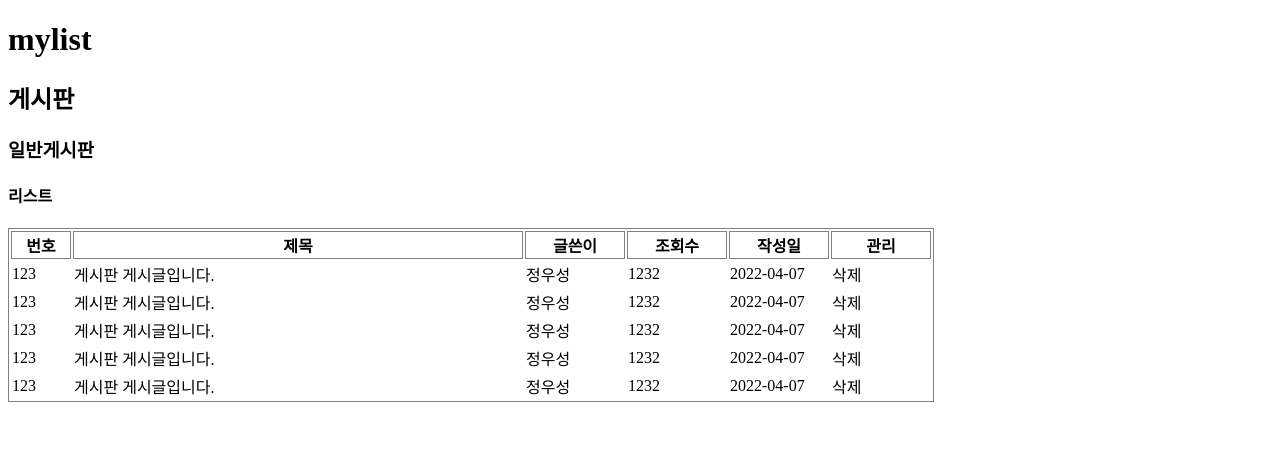
Repository: jeemaru/htme_01
Page: css_02/ex_04.html
The author's editor kept a copy of each file at every save. The page is drawn from the files as they stood at one save, then again after the next save.
The browser window is 1280 px wide. The pictures show the whole page.

Above is the page before, as saved 2022-04-07 03:14:15.

After the next save:
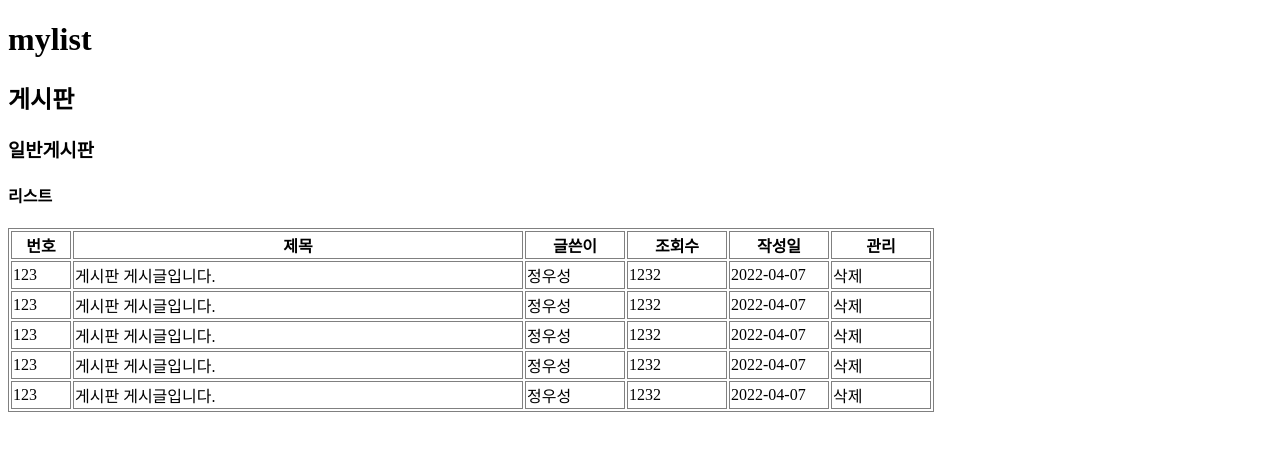
Saved 59 s later.
--- a/css_02/ex_04.html
+++ b/css_02/ex_04.html
@@ -8,6 +8,7 @@
     	<style>
     		table {border: 1px solid #808080;}
     		th {border: 1px solid #808080;}
+    		td {border: 1px solid #808080;}
     	</style>
     </head>
 
